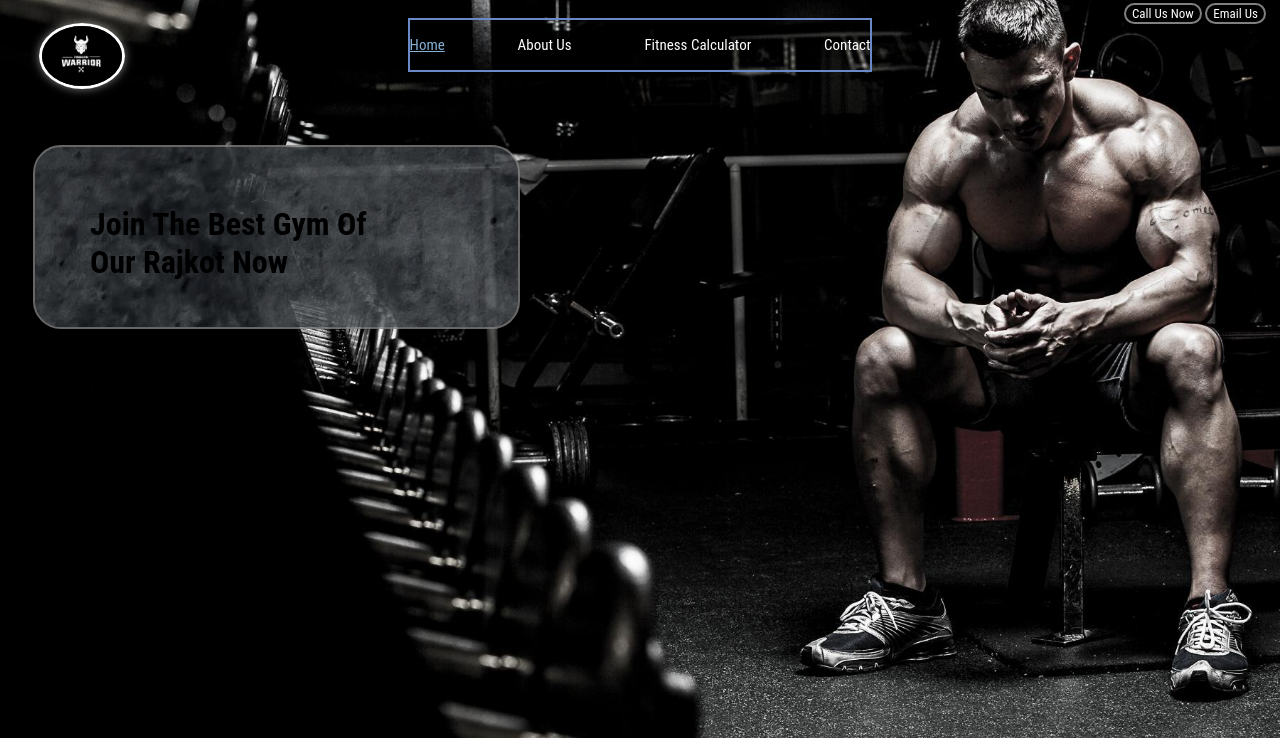
Repository: asthaasquare/project-1
Page: project-1/index.html
An editor plug-in stored every save of this project. The page is shown before and after the next save, followed by the edit.
The browser window is 1280 px wide. The pictures show the whole page.
Some web fonts or font styles are not loaded; a fallback is used.

Above is the page before, as saved 2024-05-09 17:58:34.

After the next save:
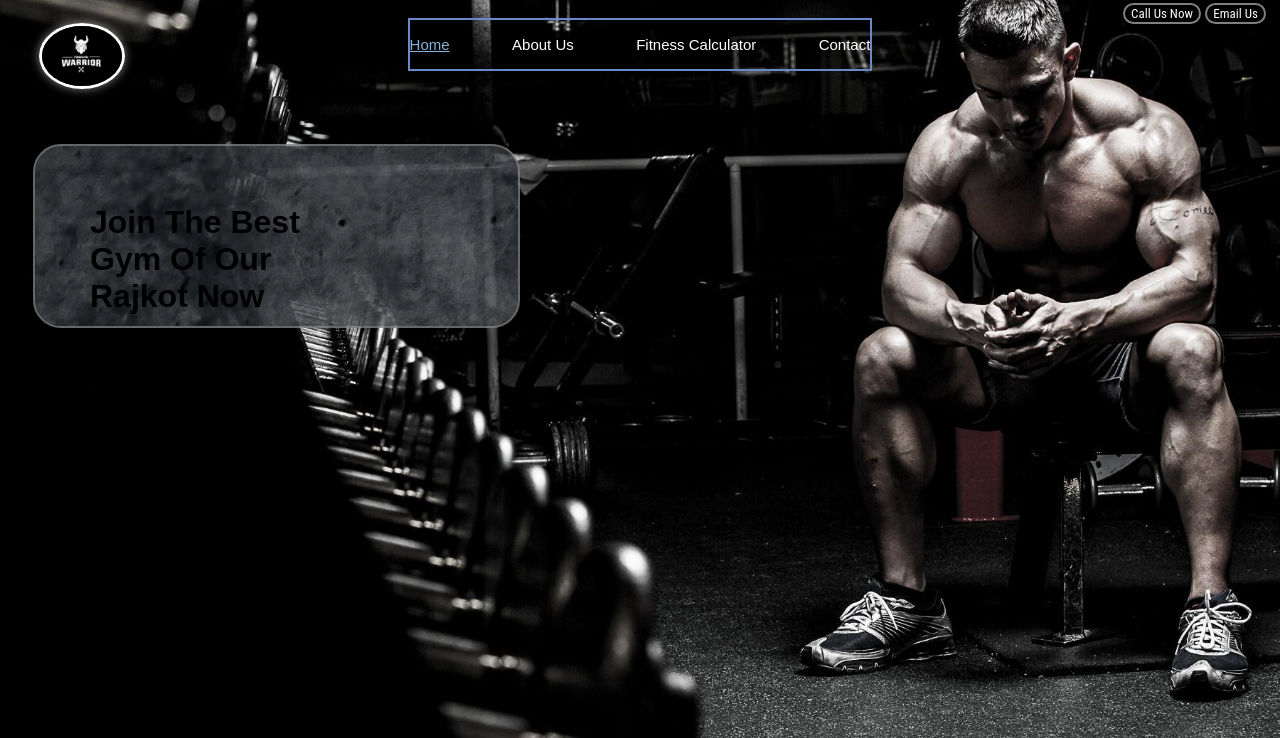
Saved 25 s later.
--- a/project-1/index.html
+++ b/project-1/index.html
@@ -18,8 +18,9 @@
       background-size: cover; /* This will make sure the image covers the entire background */
       background-position: center; /* This will center the image within the container */
       height: 100vh; /* This will set the height of the background to the viewport height */
-      font-family: "Roboto Condensed", sans-serif;
-      font-optical-sizing: auto;
+      font-family: "Jersey 10", sans-serif;
+  font-weight: 400;
+  font-style: normal;
     }
 
     .left {
